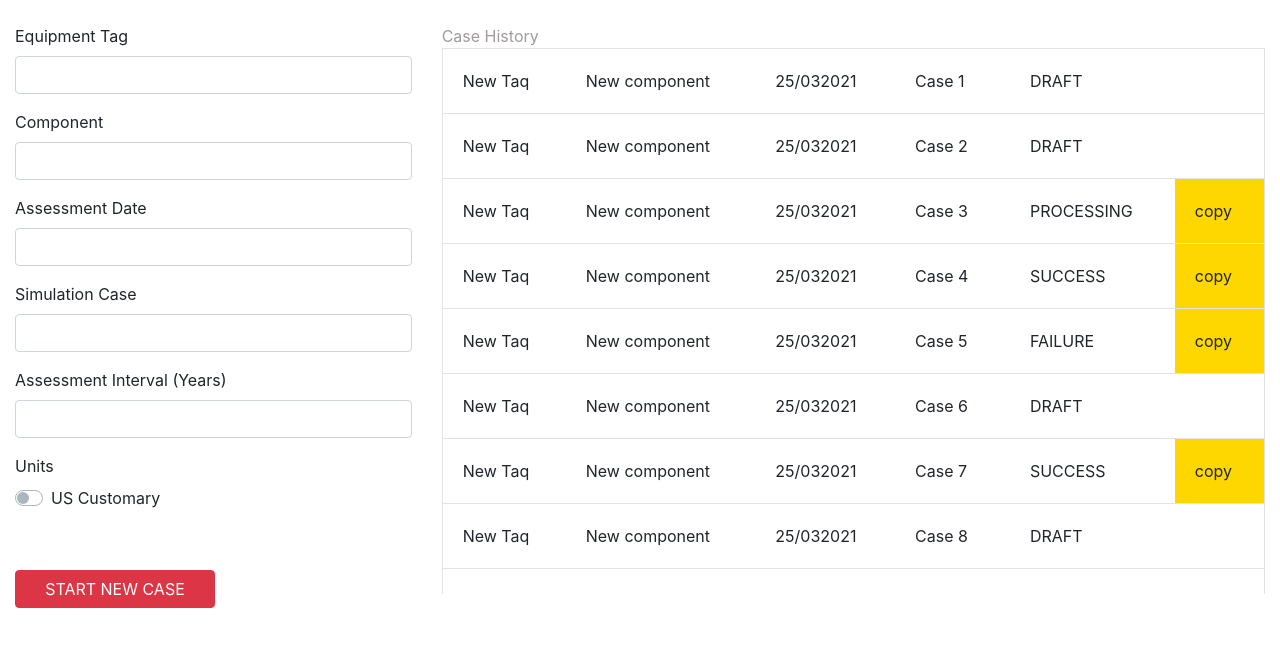
Repository: arif286/dashboard
Page: /
An editor plug-in stored every save of this project. The page is shown before and after the next save, followed by the edit.
The browser window is 1280 px wide. The pictures show the whole page.
An inner scrolling area shows only its first screen. The project was rebuilt for these pictures with package versions that can differ from the ones it lists, and the page was loaded fresh each time. The framework's server and built-in components were replaced by stand-ins that run in the browser. Also part of the build but not shown: nuxt.config.js, components/Nav.vue.

Above is the page before, as saved 2021-06-18 19:32:22.

After the next save:
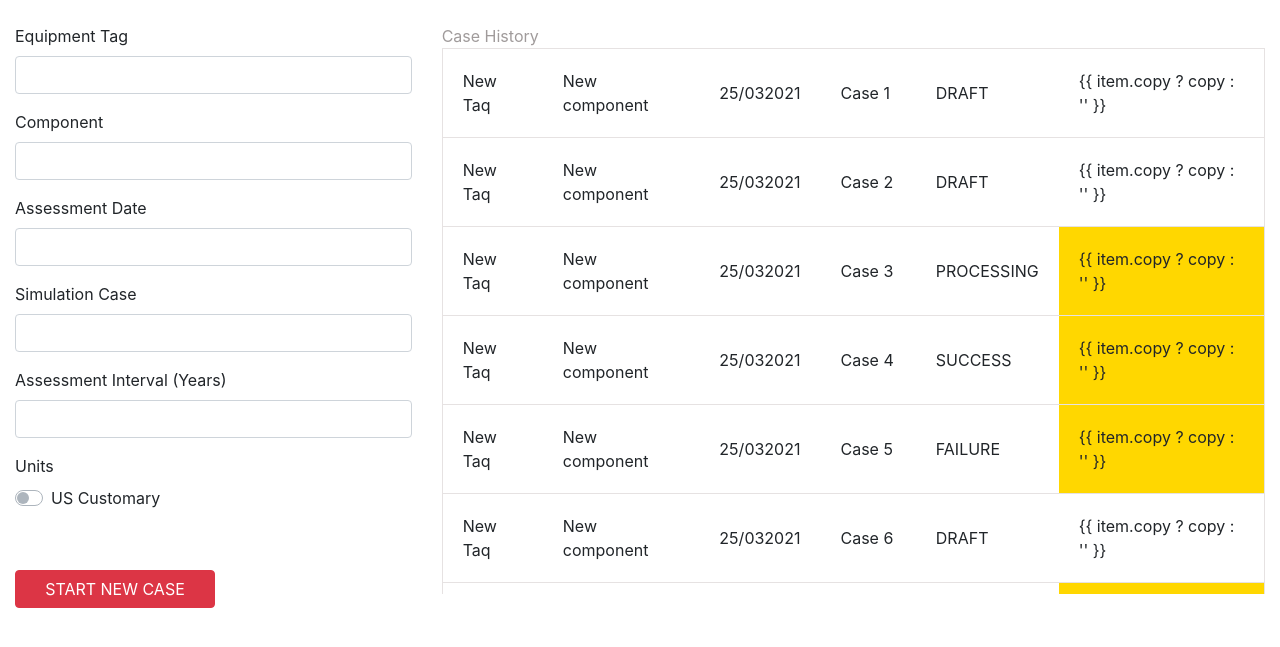
Saved 61 s later.
--- a/components/Table.vue
+++ b/components/Table.vue
@@ -12,7 +12,7 @@
           <td>Case {{ item.case }}</td>
           <td>{{ item.status }}</td>
           <td :class="item.copy ? 'copy-btn' : ''">
-            {{ item.copy ? 'copy' : '' }}
+            {{ item.copy ? <span>copy</span> : '' }}
           </td>
         </tr>
       </tbody>
